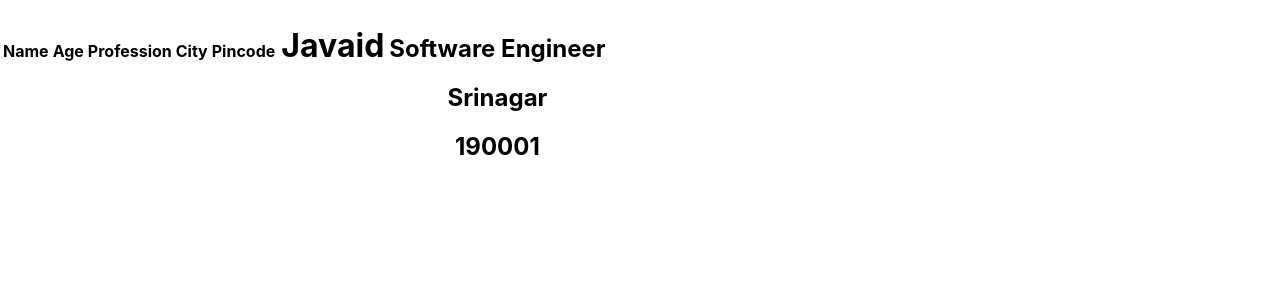
Repository: JavaidAhmadKhan/framer-motion-reacr
Page: /
An editor plug-in stored every save of this project. The page is shown before and after the next save, followed by the edit.
The browser window is 1280 px wide. The pictures show the whole page.
The project was rebuilt for these pictures with package versions that can differ from the ones it lists, and the page was loaded fresh each time.

Above is the page before, as saved 2022-05-19 17:36:57.

### src/App.js
import { Component } from "react";

import "./App.css";
class App extends Component {
  constructor() {
    console.log("constructor");
    super();
    console.log("super");
    this.state = {
      name: "Javaid",
      age: 30,
      profession: "Software Engineer",
      address: {
        city: "Srinagar",
        pincode: "190001",
      },
    };
  }

  render() {
    console.log("render");
    return (
      <div className="App">
        <table>
          <th>Name</th>
          <th>Age</th>
          <th>Profession</th>
          <th>City</th>
          <th>Pincode</th>
          <td>
            <tr>
              <h1>{this.state.name}</h1>
            </tr>
          </td>
          <h2>{this.state.profession}</h2>
          <h2>{this.state.address.city}</h2>
          <h2>{this.state.address.pincode}</h2>
        </table>
      </div>
    );
  }
}

export default App;

Loaded but not shown: public/index.html (common file); src/index.js (common file); src/index.css (common file); src/reportWebVitals.js (common file); src/App.css (common file)

After the next save:
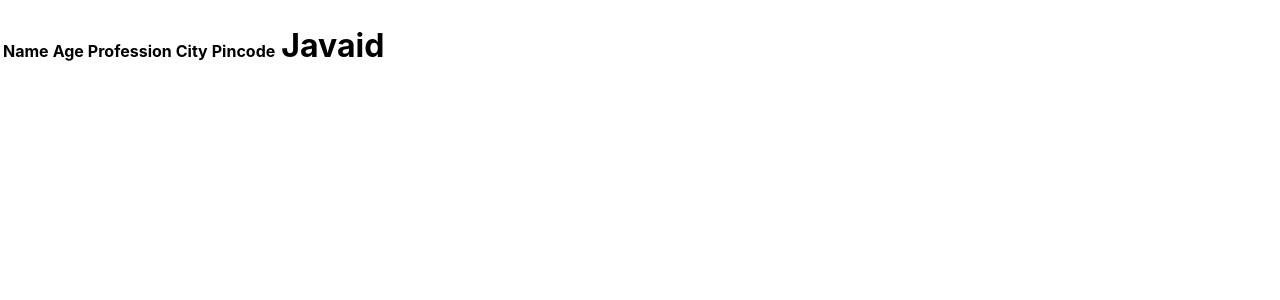
Saved 13 s later.
--- a/src/App.js
+++ b/src/App.js
@@ -32,9 +32,9 @@ class App extends Component {
               <h1>{this.state.name}</h1>
             </tr>
           </td>
-          <h2>{this.state.profession}</h2>
+          {/* <h2>{this.state.profession}</h2>
           <h2>{this.state.address.city}</h2>
-          <h2>{this.state.address.pincode}</h2>
+          <h2>{this.state.address.pincode}</h2> */}
         </table>
       </div>
     );
